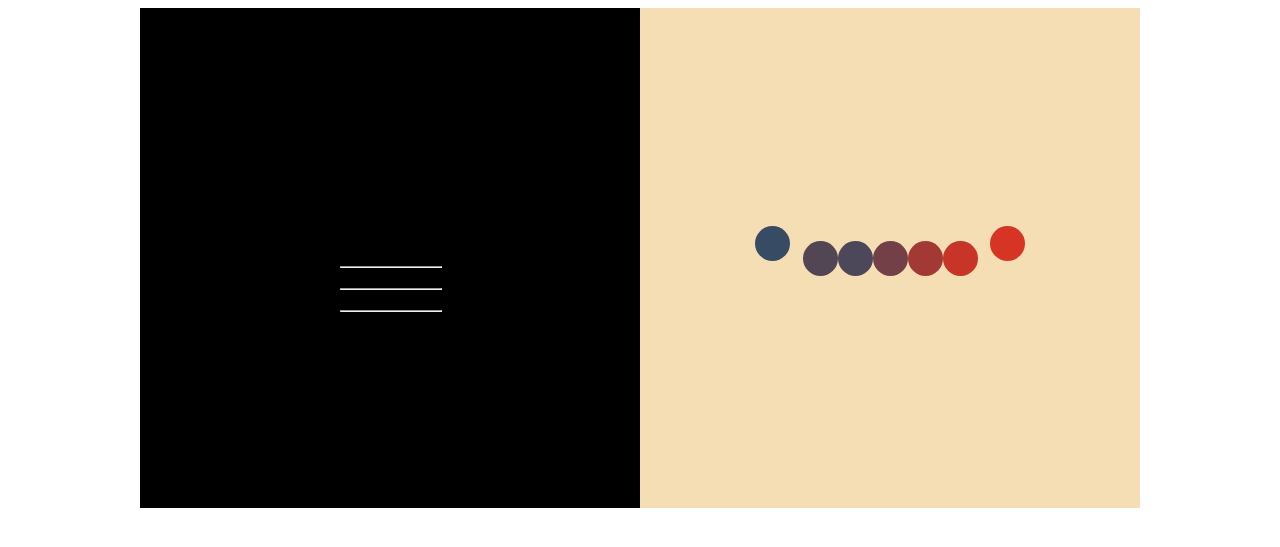
Repository: batonAnton/Hw-Lec10-animation
Page: index.html
The author's editor kept a copy of each file at every save. The page is drawn from the files as they stood at one save, then again after the next save.
The browser window is 1280 px wide. The pictures show the whole page.

Above is the page before, as saved 2022-07-16 15:17:28.

### index.html
<!DOCTYPE html>
<html lang="en">
<head>
    <meta charset="UTF-8">
    <meta http-equiv="X-UA-Compatible" content="IE=edge">
    <meta name="viewport" content="width=device-width, initial-scale=1.0">
    <link rel="stylesheet" href="css/style.css">
    <title>Animation</title>
</head>
<body>
        <div class="wrapper">
            <div class="block">
                <div class="cross-line">
                    <hr class="first-line">
                    <hr class="second-line">
                    <hr class="third-line">
                </div>
            </div>
            <div class="allcircle">
                <div class="circle1 circle"></div>
                <div class="circle2 circle"></div>
                <div class="circle3 circle"></div>
                <div class="circle4 circle"></div>
                <div class="circle5 circle"></div>
                <div class="circle6 circle"></div>
                <div class="circle7 circle"></div>
            </div>
        </div>
</body>
</html>

### css/style.css
.wrapper{
    display:flex;
    justify-content: center;
    position: relative;
}
.block{
    background-color: black;
    width: 500px;
    height: 500px;
    display:flex;
    justify-content: center;
}

.cross-line{
    width: 100px;
    height: 100px;
    top: 50%;
    position:absolute;
}

hr{
    background-color: #fff;
    width: 100px;
}

.second-line{
    margin-bottom: 20px;
    margin-top: 20px;
    transition: all 0.3s ease-in-out;

}

.second-line{
    transition: all 0.3s ease-in-out;

}

.third-line{
    transition: all 0.3s ease-in-out;
}





.cross-line:hover .first-line {
    box-shadow: 0.4em 0 0.6em 0.2em rgb(190, 40, 204);
    transition: all 0.3s ease-in-out;
    transform: translateY(18px) translateX(0px) rotate(45deg);


}
.cross-line:hover .second-line {
    transition: all 0.3s ease-in-out;
    box-shadow: 0.4em 0 0.6em 0.2em rgb(190, 40, 204);
    transform: translateY(-3px) translateX(0px) rotate(-45deg);
}

.cross-line:hover .third-line{
    transition: all 0.3s ease-in-out;
    transform: translateY(-26px) translateX(0px) rotate(-45deg);
}

/* circle */

.allcircle{
    background-color: wheat;
    height: 500px;
    width: 500px;
    display: flex;
    justify-content: center;
    align-items: center;
    position: relative;
}
.circle{
    border-radius: 50%;
    width: 35px;
    height: 35px;
    background-color: rgb(46, 111, 49);

}

.circle:nth-child(1){
    background-color: rgb(55,75,101);
    animation-name: circle1;
    animation-duration: 3s;
    animation-iteration-count: infinite;
}

.circle:nth-child(2){
    background-color: rgb(82,70,85);

}
.circle:nth-child(3){
    background-color: rgb(77,71,90);
}
.circle:nth-child(4){
    background-color: rgb(115,64,71);
}
.circle:nth-child(5){
    background-color: rgb(163,57,52);
}
.circle:nth-child(6){
    background-color: rgb(198,53,40);
}
.circle:nth-child(7){
    background-color: rgb(214,53,37);
    animation-name: circle2;
    animation-duration: 3s;
    animation-iteration-count: infinite;
    animation-delay: ;
}

@keyframes circle1{
    0%{
        /* left:120px;
        top: 50px; */
    }

    50%{
        margin-right: 30px;
        margin-top: -70px;
    }
    100%{

    }
}

@keyframes circle2{
    0%{
        /* left:120px;
        top: 50px; */
    }

    50%{
        margin-left: 30px;
        margin-top: -70px;
    animation-delay: 30s;


    }
    100%{

    }
}

After the next save:
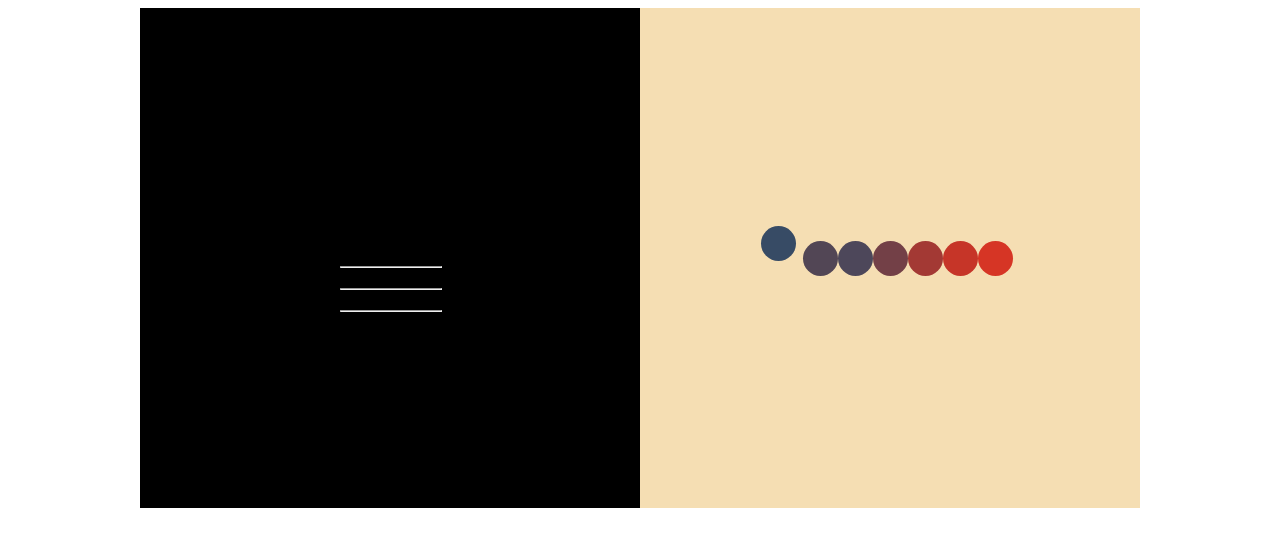
Saved 5 min 1 s later.
--- a/css/style.css
+++ b/css/style.css
@@ -85,6 +85,9 @@ hr{
     animation-name: circle1;
     animation-duration: 3s;
     animation-iteration-count: infinite;
+    position: absolute;
+    margin-left: -210px;
+
 }
 
 .circle:nth-child(2){
@@ -108,13 +111,16 @@ hr{
     animation-name: circle2;
     animation-duration: 3s;
     animation-iteration-count: infinite;
-    animation-delay: ;
+    animation-delay: 15s;
+    position: absolute;
+    margin-right: -210px;
+
 }
 
 @keyframes circle1{
     0%{
-        /* left:120px;
-        top: 50px; */
+        /* margin-left:-10px;
+        margin-top: 0px; */
     }
 
     50%{
